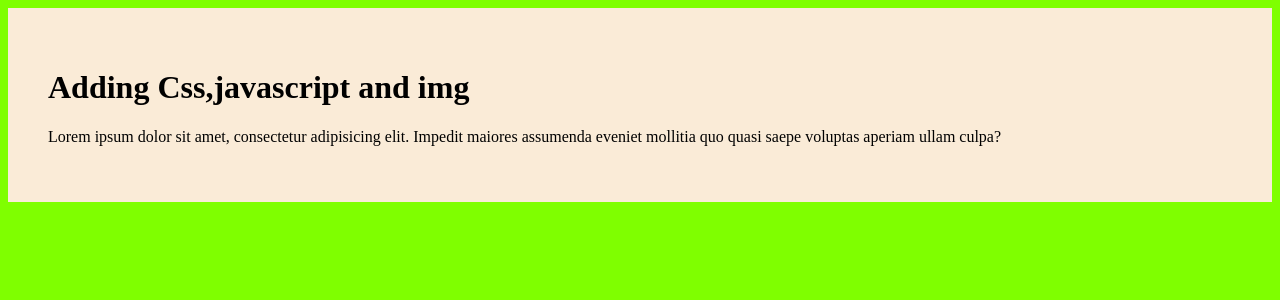
Repository: DeepakKumarSingh27/SprinfgBootYouTProject
Page: http://localhost/example
An editor plug-in stored every save of this project. The page is shown before and after the next save, followed by the edit.
The browser window is 1280 px wide. The pictures show the whole page.
The page is this project's Thymeleaf template; nobody is signed in. The template is opened directly, without the code that normally fills it, so the values that code supplies are empty.

Above is the page before, as saved 2023-09-28 07:57:14.

### thtmeleafpractical/src/main/resources/templates/example.html
<!doctype html>
<html lang="en" xmln:th="http://www.thymeleaf.org">
<head>
	<meta charset="UTF-8" />
	<title>Example</title>
	<link rel="stylesheet" href="" th:href="@{/css/mystyle.css}" />
</head>
<body>
	<div class="container">
		<h1>Adding Css,javascript and img</h1>
		<p>Lorem ipsum dolor sit amet,
			 consectetur adipisicing elit.
			  Impedit maiores assumenda eveniet
			   mollitia quo quasi saepe voluptas
			    aperiam ullam culpa?
			    </p>
	</div>
</body>
</html>

### thtmeleafpractical/src/main/resources/static/css/mystyle.css
body{
	background-color: chartreuse;
}
.container{
	background: antiquewhite;
	padding: 40px;
}

After the next save:
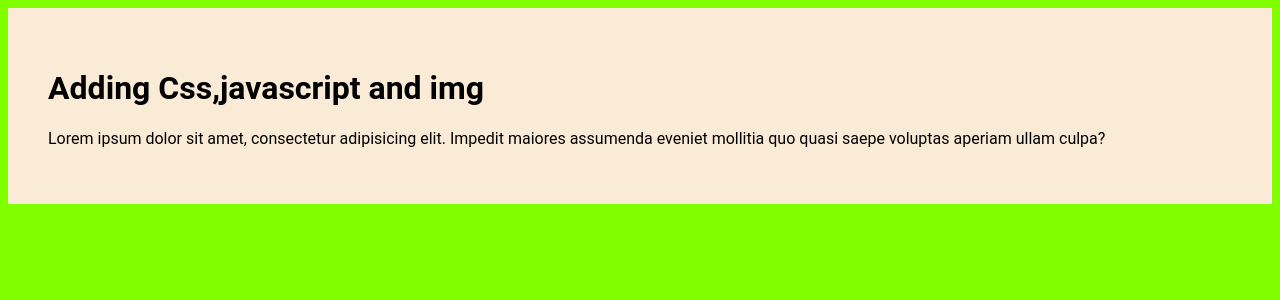
Saved 37 s later.
--- a/thtmeleafpractical/src/main/resources/static/css/mystyle.css
+++ b/thtmeleafpractical/src/main/resources/static/css/mystyle.css
@@ -4,4 +4,5 @@ body{
 .container{
 	background: antiquewhite;
 	padding: 40px;
+	font-family: 'Roboto';
 }
